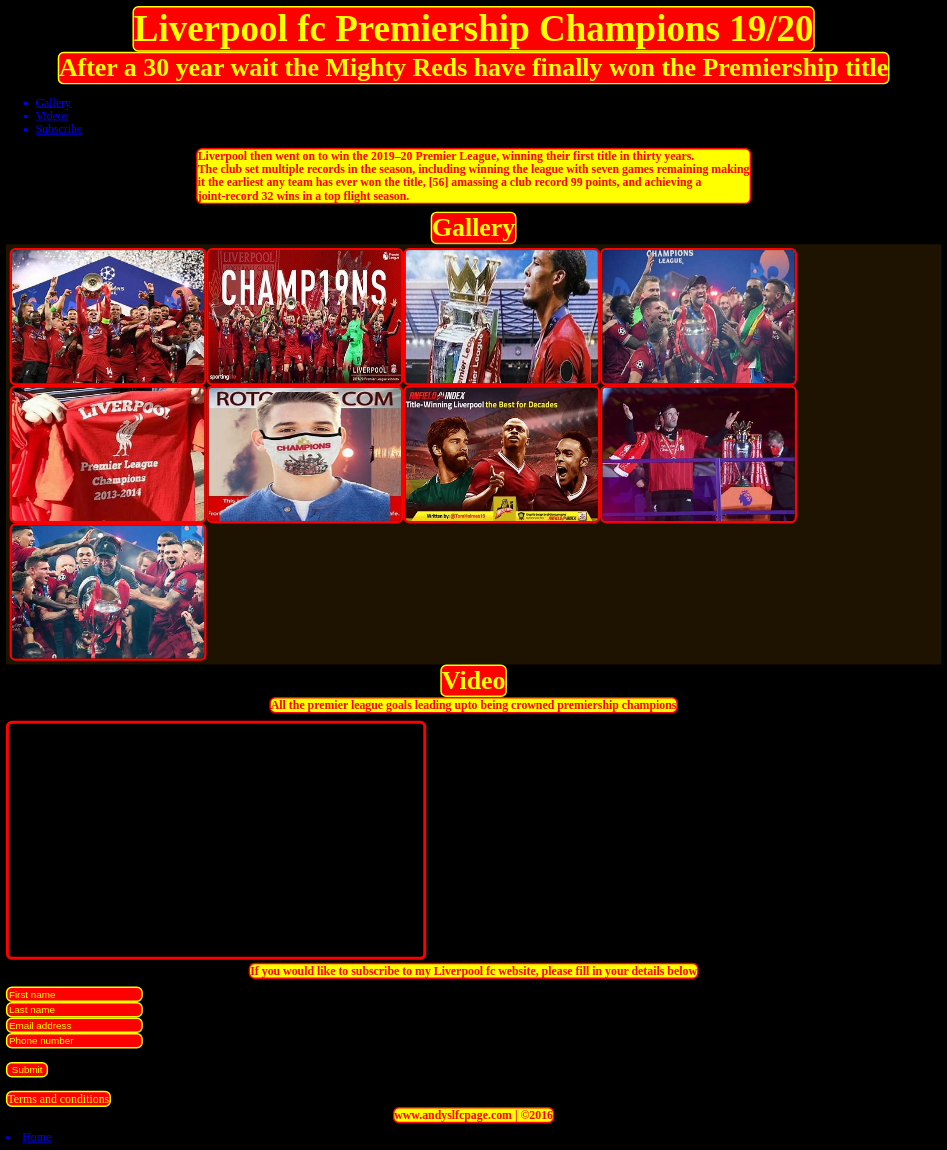
Repository: andyd71/HTML_and_CSS
Page: one_page_website/One_Page_Website.html
An editor plug-in stored every save of this project. The page is shown before and after the next save, followed by the edit.
The browser window is 1280 px wide. The pictures show the whole page, at 74% of full size.
Pictures or frames that could not be fetched are drawn as grey boxes.

Above is the page before, as saved 2020-10-09 14:00:05.

### one_page_website/One_Page_Website.html
<!DOCTYPE html>
<html lang="en">
<head>
<meta charset="utf-8">
<title>My LFC webpage</title>
<link rel = "stylesheet" type = "text/CSS" href = "./css/One_Page_Website.css">
</head>
<body>
<div id="home">
<header>
<h1>Liverpool fc Premiership Champions 19/20 </h1>
<h3>After a 30 year wait the Mighty Reds have finally won the Premiership title</h3>
</header>
<!--NAV-->

</div>
<div>
<ul>
<a href="#gallery"><li>Gallery</li>
<a href="#videos"><li>Videos</li>
<a href="#subscription"><li>Subscribe</li></a>
</ul>
</div>
<!--END NAV-->
<!--HOME-->
<div id="home">
<p>Liverpool then went on to win the 2019–20 Premier League, winning their first title in thirty years.<br>
 The club set multiple records in the season, including winning the league with seven games remaining making<br>
 it the earliest any team has ever won the title, [56] amassing a club record 99 points, and achieving a <br>
 joint-record 32 wins in a top flight season.</p>
 </div>
 <!--END HOME-->
 <!--GALLERY-->
 <h3>Gallery</h3>
 <div id="gallery">
    <div id="flex-container">

 <img src="./images/lfc1.jpeg" alt="lfc celebrations"></img><br>
 <img src="./images/lfc2.jpeg" alt="lfc celebrations2"></img><br>
 <img src="./images/lfc3.jpeg" alt="van dyk and trophy"></img><br>
 <img src="./images/lfc4.jpeg" alt="jurgen klopp"></img><br>
 <img src="./images/lfc5.jpeg" alt="lfc t shirt"></img><br>
 <img src="./images/lfc6.jpeg" alt="lfc face mask"></img><br>
 <img src="./images/lfc7.jpeg" alt="lfc trio"></img><br>
 <img src="./images/lfc8.jpeg" alt="jurgen klopp 2"></img><br>
 <img src="./images/lfc9.jpeg" alt="jurgen klopp 3"></img><br>
</div>
</div>
 <!--END GALLERY-->
 <!--VIDEO-->
 <div id="videos">
 <h3>Video</h3>
 <p>All the premier league goals leading upto being crowned premiership champions</p>
 <iframe width="560" height="315" src="https://www.bing.com/videos/search?q=lfc+premier+league+champions&&view=detail&mid=1A960A4E3B330AA705841A960A4E3B330AA70584&&FORM=VRDGAR&ru=%2Fvideos%2Fsearch%3Fq%3Dlfc%2Bpremier%2Bleague%2Bchampions%26qs%3DAS%26form%3DQBVLPG%26sp%3D1%26pq%3Dlfc%2Bpremier%26sc%3D8-11%26cvid%3DD1CF79B54EFC4960A0E7F0BA9E0FD3FC" frameborder="0" allow="accelerometer; encrypted-media; gyroscope; picture-in-picture" allowfullscreen></iframe>
 </div>
<!--END VIDEO-->
<!--SUBSCRIPTION-->
<div id="subscription">
<p>If you would like to subscribe to my Liverpool fc website, please fill in your details below</p>

<form action="" method="post">
<input class="subscription" type="text" value="First name"><br>
<input class="subscription" type="text" value="Last name"><br>
<input class="subscription" type="text" value="Email address"><br>
<input class="subscription" type="text" value="Phone number"><br><br>
<input type="submit" value="Submit"><br><br>
<div id= "terms">
<label class="terms">Terms and conditions</label><br>
</div>
</form>
</div>
<!--END SUBSCRIPTION-->

<!--FOOTER-->
<footer>
<div>
<p>www.andyslfcpage.com&nbsp;|&nbsp;&copy;2016</p>


</div>
<a href="#home" id="link"><li>Home</li>
</footer>
<!--END FOOTER-->

### one_page_website/css/One_page_website.css

body {
	background-color: black;
}



h1 {

	color : yellow;
	text-align : center;
	font-weight : bold;
	background : red;
	border: 2px solid yellow;
	border-radius: 8px;
	font-size: 50px;
	width: fit-content;
	margin: auto;
}
h3 {
	color : yellow;
	text-align : center;
	background : red;
	border: 2px solid yellow;
	border-radius: 8px;
	font-size: 35px;
	width: fit-content;
	margin: auto;
}
}
h2 {
	color : yellow;
	background : red;
	border-radius: 8px;
}




p  {
	color : red;
	background: yellow;
	border: 2px solid red;
	border-radius: 8px;
	font-size: 16px;
	font-weight: 900;
	width: fit-content;
	margin: auto;
	margin-bottom: 10px;
}

 input {
	border: 2px solid yellow;
	background-color: red;
	color: yellow;
	border-radius: 8px;
}

#terms {
	border: 2px solid yellow;
	background-color: red;
	color: yellow;
	border-radius: 8px;
	width: fit-content;
}

iframe {
	border: 4px solid red;
	border-radius: 8px;
}





#flex-container {
	display: -webkit-flex;
    display: flex;
    flex-wrap: wrap;
    padding: 5px;
    border-radius: 2px;
	margin: 0px auto;
	background-color: rgba(100, 65, 0, .3);
    box-shadow: 2px 2px 10px 0 rgba(0, 0, 0, 0.5);
}

#flex-container img {
	border: 3px solid red;
	width: 260px;
	height: 180px;
	border-radius: 8px;
}

After the next save:
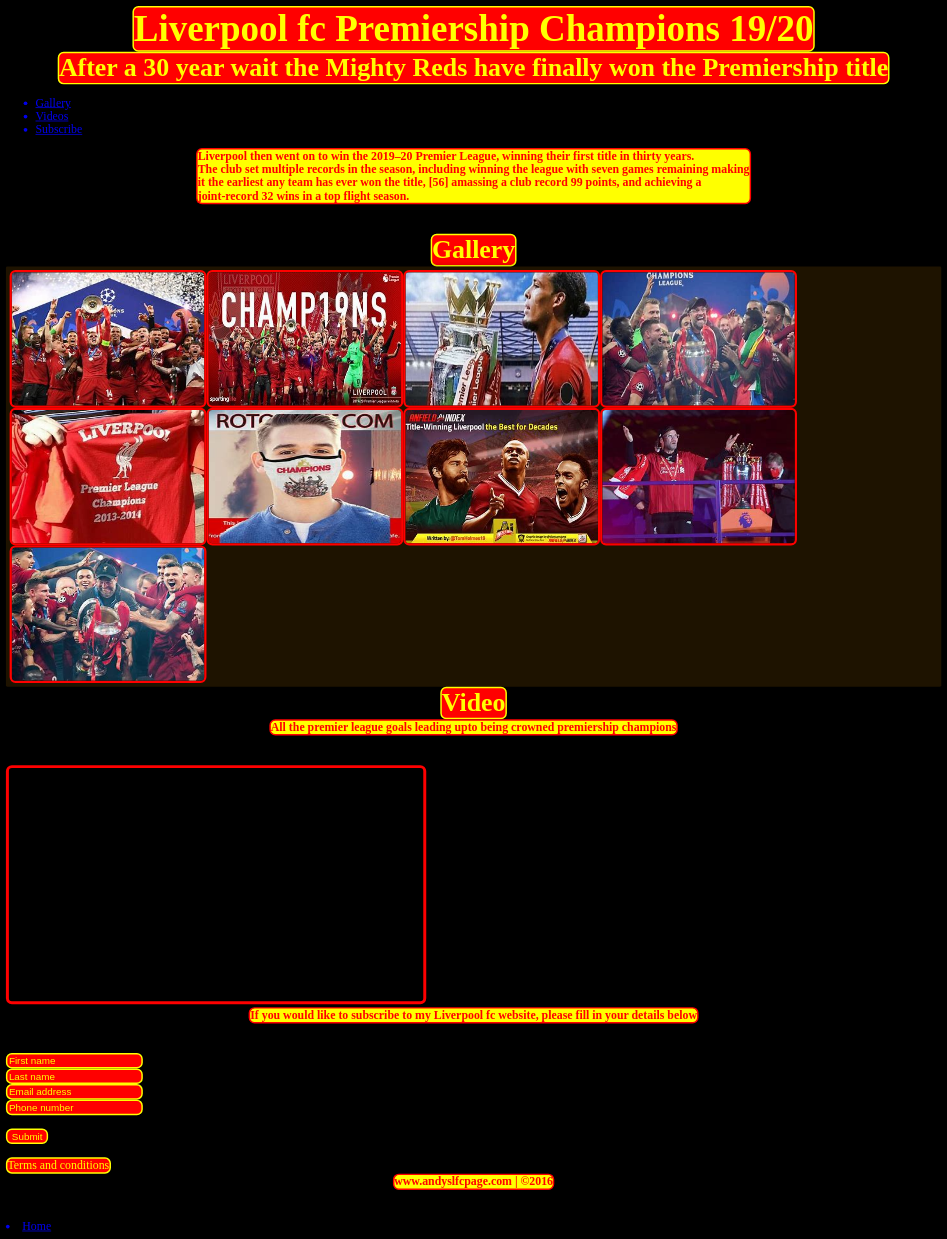
Saved 26 s later.
--- a/one_page_website/css/One_page_website.css
+++ b/one_page_website/css/One_page_website.css
@@ -46,7 +46,7 @@
 	font-weight: 900;
 	width: fit-content;
 	margin: auto;
-	margin-bottom: 10px;
+	margin-bottom: 40px;
 }
 
  input {
